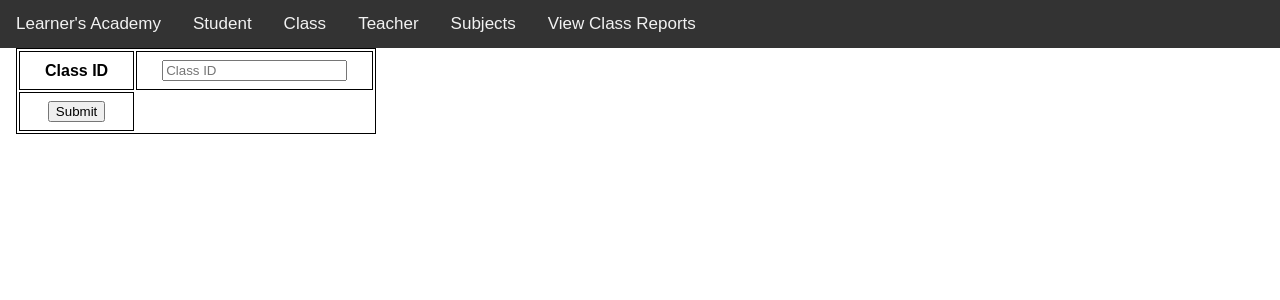
Repository: chirag627/Phase-2-Project
Page: http://localhost/Academy/web/class_details.jsp
The author's editor kept a copy of each file at every save. The page is drawn from the files as they stood at one save, then again after the next save.
The browser window is 1280 px wide. The pictures show the whole page.
The page is served by Tomcat 9. Other server files are loaded and not shown.

Above is the page before, as saved 2022-08-15 16:09:36.

### Academy/src/main/webapp/web/class_details.jsp
<%@ taglib prefix="c" uri="http://java.sun.com/jsp/jstl/core"%>
<!DOCTYPE html>
<html>
<head>
<meta charset="ISO-8859-1">
<title>Classes Master List</title>
</head>
<style>
td, th {
	padding-left: 25px;
	padding-right: 25px;
	padding-top: 8px;
	padding-bottom: 8px;
	border: 1px solid black;
}

table {
	border: 1px solid black;
}

body {
	margin: 0;
	font-family: Arial, Helvetica, sans-serif;
}

.topnav {
	overflow: hidden;
	background-color: #333;
}

.topnav a {
	float: left;
	color: #f2f2f2;
	text-align: center;
	padding: 14px 16px;
	text-decoration: none;
	font-size: 17px;
}

ul li a {
	color: black;
}
</style>
<body>
	<div class="topnav">
		<a>Learner's Academy</a> <a href="./AcademyStudentServlet">Student</a>
		<a href="classAction.html">Class</a> <a href="teaAction.html">Teacher</a>
		<a href="subAction.html">Subjects</a> <a href="viewClassReports.html">View
			Class Reports</a>
	</div>
	<div style="padding-left: 16px">
		<%
		if (request.getParameter("n") != null) {
			out.println("<h4 style=\"color:red\">" + request.getParameter("n") + "</h4>");
		}
		%>
		<form action="./AcademyClassReport" method="get">
			<input type="hidden" name="action" value="doWrite">
			<table>
				<tr>
					<th>Class ID</th>
					<th><input type="text" name="class_id" placeholder="Class ID"></th>
				</tr>
				<tr>

					<th><input type="submit" name="submit" placeholder="submit"></th>
				</tr>

			</table>
		</form>
	</div>



</body>
</html>

After the next save:
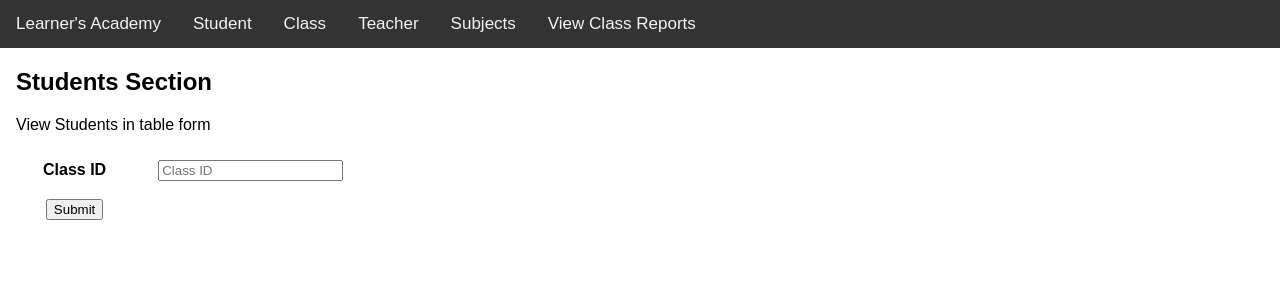
Saved 48 s later.
--- a/Academy/src/main/webapp/web/class_details.jsp
+++ b/Academy/src/main/webapp/web/class_details.jsp
@@ -11,11 +11,6 @@ td, th {
 	padding-right: 25px;
 	padding-top: 8px;
 	padding-bottom: 8px;
-	border: 1px solid black;
-}
-
-table {
-	border: 1px solid black;
 }
 
 body {
@@ -48,6 +43,13 @@ ul li a {
 		<a href="subAction.html">Subjects</a> <a href="viewClassReports.html">View
 			Class Reports</a>
 	</div>
+
+	<div style="padding-left: 16px">
+		<h2>Students Section</h2>
+		<p>View Students in table form</p>
+	</div>
+
+
 	<div style="padding-left: 16px">
 		<%
 		if (request.getParameter("n") != null) {
